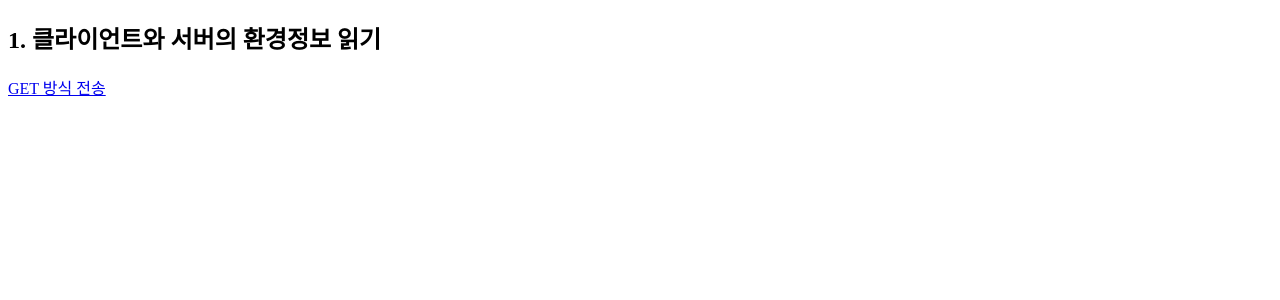
Repository: iamstudybox00/JSP_Servlet
Page: http://localhost/MustHaveJSP/02ImplicitObject/RequestMain.jsp
The author's editor kept a copy of each file at every save. The page is drawn from the files as they stood at one save, then again after the next save.
The browser window is 1280 px wide. The pictures show the whole page.
The page is served by Tomcat 10.

Above is the page before, as saved 2025-05-02 05:46:07.

After the next save:
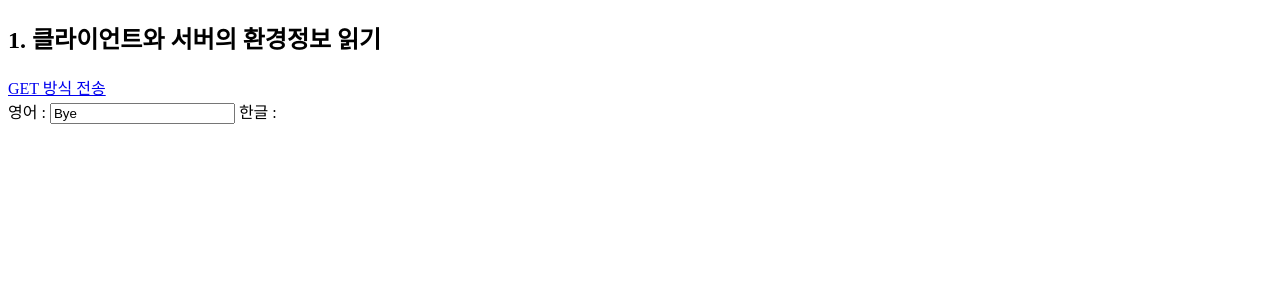
Saved 48 s later.
--- a/MustHaveJSP/src/main/webapp/02ImplicitObject/RequestMain.jsp
+++ b/MustHaveJSP/src/main/webapp/02ImplicitObject/RequestMain.jsp
@@ -13,7 +13,8 @@
 		</a>
 		<br/>
 		<form action="RequestWebInfo.jsp" method="post" accept-charset="utf-8">
-
+			영어 : <input type="text" name="eng" value="Bye" />
+			한글 :
 		</form>
 	</body>
 </html>
